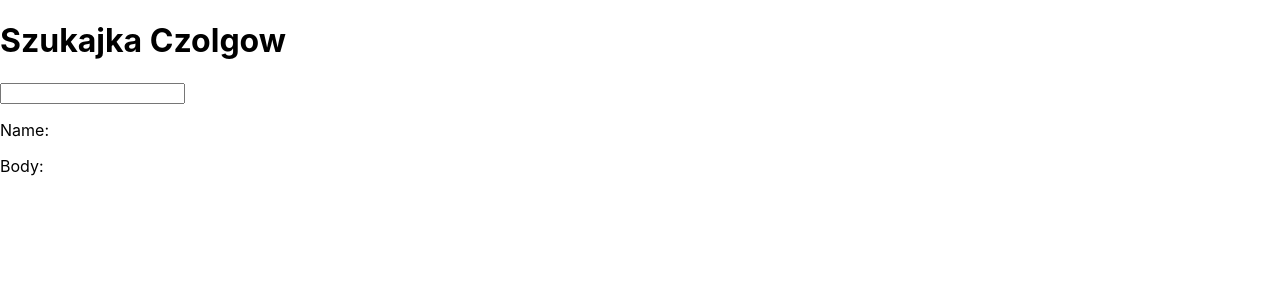
Repository: Carboplatin/TankBrowser
Page: /
These files come from the project's save history. The page is drawn as it stood at one moment and after a run of saves; the edit follows.
The browser window is 1280 px wide. The pictures show the whole page.
The project was rebuilt for these pictures with package versions that can differ from the ones it lists, and the page was loaded fresh each time.

Above is the page before, as saved 2019-09-17 18:58:36.

After the next 2 saves:
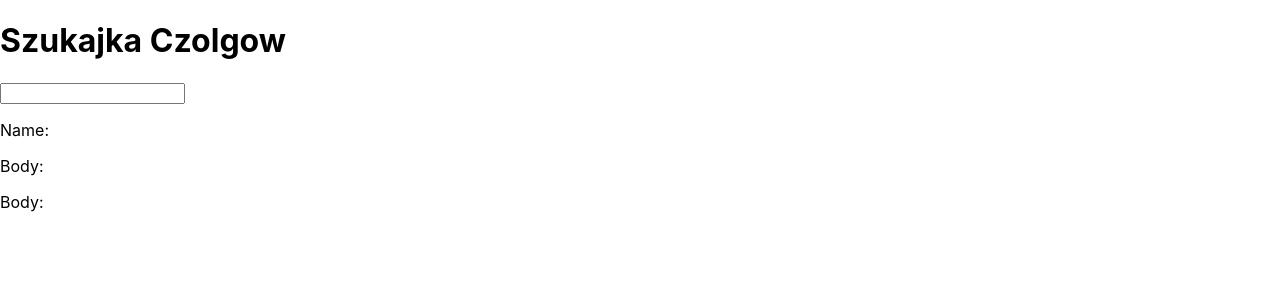
The 2 saves are shown as one change because 1 did not build or start.
The last was saved 105 s later.
--- a/src/tank.js
+++ b/src/tank.js
@@ -2,24 +2,13 @@ import React, { Component } from 'react';
 
 
 
-class Tank extends Component {
-
-  render() {
-    return(
-      <div>
-        <p>Name: {this.props.name} </p>
-        <p>Body: {this.props.body} </p>
-      </div>
-    )
-  }
-
-
-
-
-
-
-
-
+const Tank =(props)=> {
+  return(
+    <div>
+      <p>Name: {props.name} </p>
+      <p>Body: {props.body} </p>
+      <p>Body: {props.body} </p>
+    </div>
+  )
 }
-
 export default Tank;
